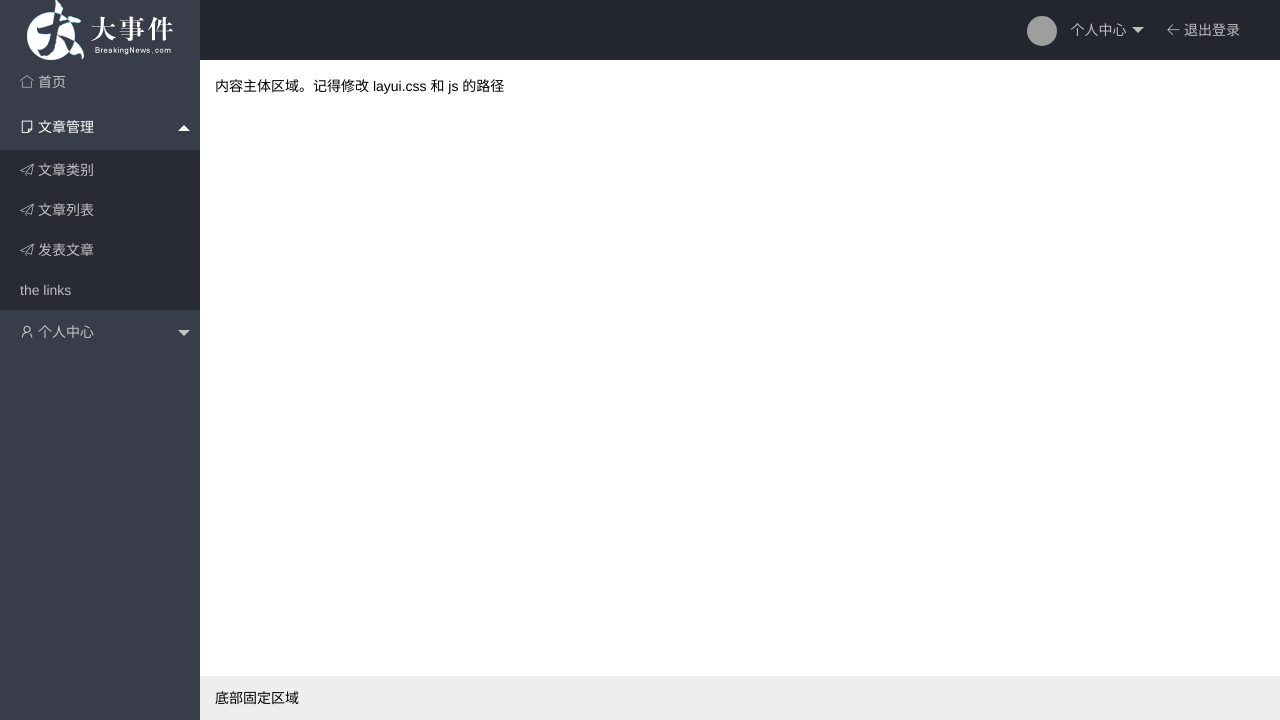
Repository: R1Deemo/Main-project
Page: index.html
An editor plug-in stored every save of this project. The page is shown before and after the next save, followed by the edit.
The browser window is 1280 px wide. The pictures show the whole page.
Pictures or frames that could not be fetched are drawn as grey boxes.

Above is the page before, as saved 2022-10-30 17:30:24.

After the next save:
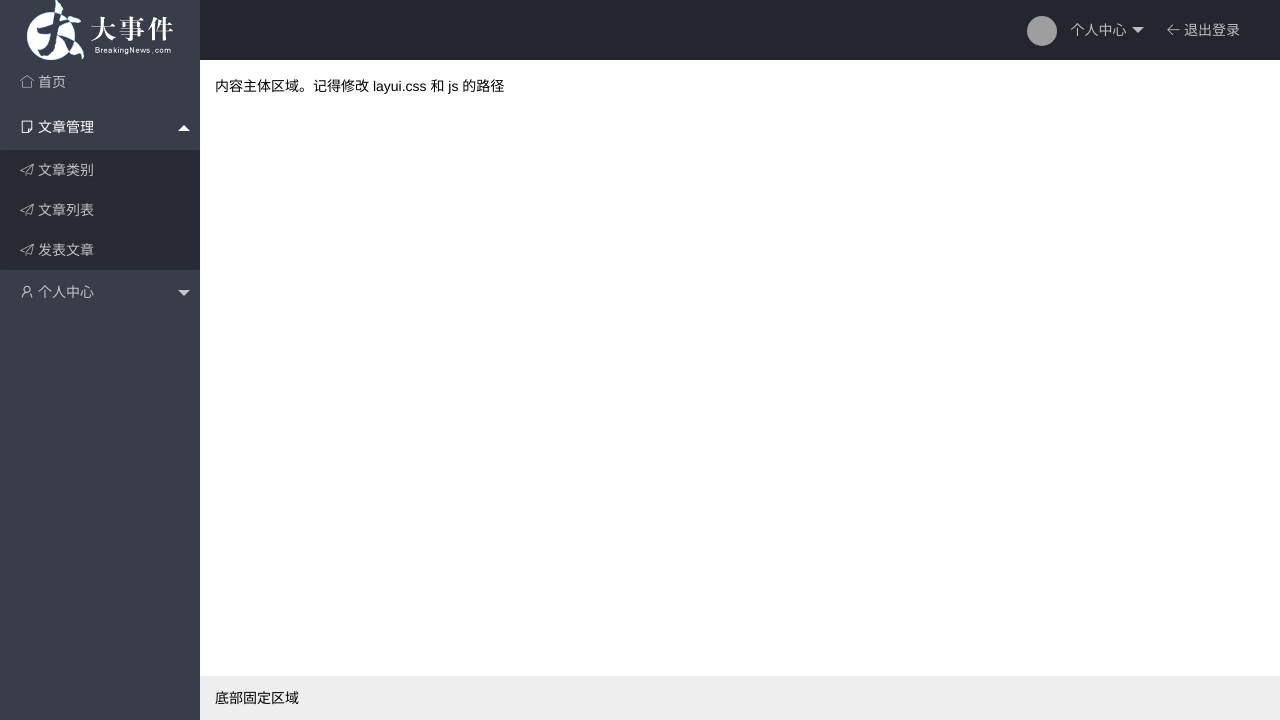
Saved 12 s later.
--- a/index.html
+++ b/index.html
@@ -60,7 +60,7 @@
                             <dd><a href="javascript:;"><i class="layui-icon layui-icon-release"></i> 文章类别</a></dd>
                             <dd><a href="javascript:;"><i class="layui-icon layui-icon-release"></i> 文章列表</a></dd>
                             <dd><a href="javascript:;"><i class="layui-icon layui-icon-release"></i> 发表文章</a></dd>
-                            <dd><a href="">the links</a></dd>
+                            <!-- <dd><a href="">the links</a></dd> -->
                         </dl>
                     </li>
                     <li class="layui-nav-item">
